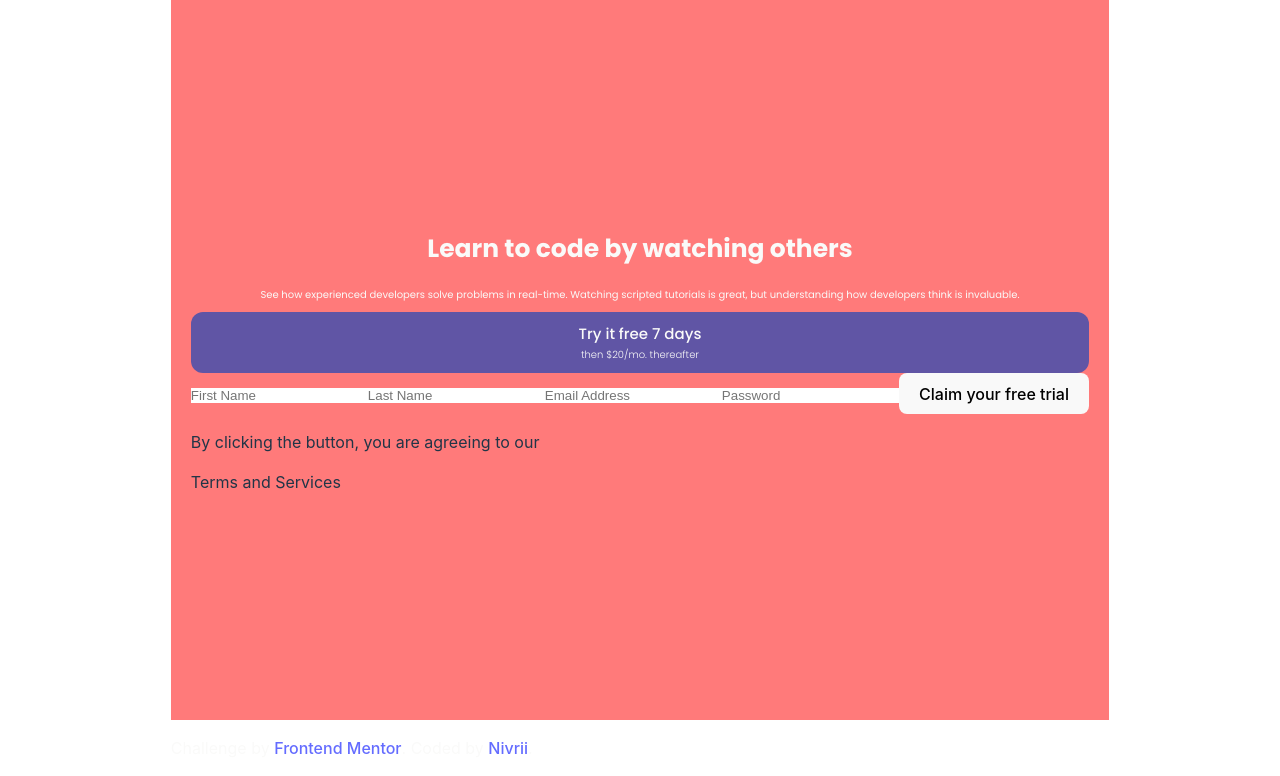
Repository: nivrii/intro-component-with-signup
Page: /
The author's editor kept a copy of each file at every save. The page is drawn from the files as they stood at one save, then again after the next save.
The browser window is 1280 px wide. The pictures show the whole page.
The project was rebuilt for these pictures with package versions that can differ from the ones it lists, and the page was loaded fresh each time. Also part of the build but not shown: vite.config.js.

Above is the page before, as saved 2023-10-11 17:55:02.

### src/App.jsx
import { Footer } from './Footer/Footer';
import { Form } from './Form/Form';
import { Card } from './Card/Card';
import { Content } from './Content/Content';
import "./App.css";

function App() {

  return (
    <>
      <div className="container">
        <Content     />
        <Card     />
        <Form     />
      </div>
      <Footer    />
    </>
  );
}

export default App;

### src/Footer/Footer.jsx
import "./Footer.css";
export function Footer() {
  const coder = "Nivrii";
  return (
    <footer>
      <p className="attribution">
        Challenge by{" "}
        <a
          href="https://www.frontendmentor.io?ref=challenge"
          target="_blank"
          rel="noreferrer"
        >
          Frontend Mentor
        </a>
        . Coded by{" "}
        <a href="https://github.com/Nivrii/intro-component-with-signup">
          {coder}
        </a>
        .
      </p>
    </footer>
  );
}

### src/Form/Form.jsx
export function Form() {
  return <form action="submit">
          <input type="text" placeholder="First Name" />
          <input type="text" placeholder="Last Name" />
          <input type="email" placeholder="Email Address" />
          <input type="password" placeholder="Password" />
          <button type="submit">Claim your free trial</button>
          <p>By clicking the button, you are agreeing to our</p>
          <p>Terms and Services</p>
        </form>;
}

### src/Card/Card.jsx
import "./Card.css";
export function Card() {
  return (
      <div className="card__content">
        <h4>Try it free 7 days</h4>
        <p>then $20/mo. thereafter</p>
      </div>
  );
}

### src/Content/Content.jsx
import "./Content.css";
export function Content() {
  return (
    <div className="content">
      <h4>Learn to code by watching others</h4>
      <p>
        See how experienced developers solve problems in real-time. Watching
        scripted tutorials is great, but understanding how developers think is
        invaluable.
      </p>
    </div>
  );
}

### src/App.css
*{
  box-sizing: border-box;
  border: 0;
  padding: 0;
}
:root{
  /*Primary colors*/
  --red:hsl(0, 100%, 74%);
  --green: hsl(154, 59%, 51%);
  /*Accent colors*/
  --blue: hsl(248, 32%, 49%);
  --white:#FAFAF9;
  /*Neutral colors*/
  --dark-blue: hsl(249, 10%, 26%);
  --grayish-blue: hsl(246, 25%, 77%);
  /*typography*/
  --fSize: 10px;
  --w4: 400;
  --w5: 500;
  --w6: 600;
  --w7: 700;
}
@font-face {
  font-family: "Poppins-bold";
  src: url(./assets/Fonts/poppins/Poppins-Bold.otf) format("opentype");
}
@font-face {
  font-family: "Poppins-regular";
  src: url(./assets/Fonts/poppins/Poppins-Regular.otf) format("opentype");
}
@font-face {
  font-family: "Poppins-medium";
  src: url(./assets/Fonts/poppins/Poppins-Medium.otf) format("opentype");
}
@font-face {
  font-family: "Poppins-light";
  src: url(./assets/Fonts/poppins/Poppins-Light.otf) format("opentype");
}
body{
  display: flex;
  flex-direction: column;
}
.container{
  display: flex;
  flex-direction: column;
  align-items: center;
  justify-content: center;
  height: 100vh;
  width: 100%;
  background-color: var(--red);
  padding: 20px;
}

### src/Footer/Footer.css
@import url(../App.css);

.attribution{
    color: var(--white);
}

### src/Card/Card.css
@import url(../App.css);

.card__content{
    width: 100%;
    background-color: var(--blue);
    border-radius: 12px;
    padding: 10px;
    & *{
        color: var(--white);
        text-align: center;
        margin: 1px;
    }& h4{
        font-size: 15px;
        font-family: 'Poppins-medium', sans-serif;
    }
    & p{
        font-family: 'Poppins-light', sans-serif;
        font-size: var(--fSize);
    }
}

### src/Content/Content.css
@import url(../App.css);

.content {
  & * {
    color: var(--white);
    text-align: center;
  }
  & h4 {
    font-size: 25px;
    margin: 20px;
    font-family: 'Poppins-bold', sans-serif;
  }
  & p {
    font-size: var(--fSize);
    font-family: 'Poppins-regular', sans-serif;
  }
}

Loaded but not shown: index.html (common file); src/main.jsx (common file); src/index.css (common file)

After the next save:
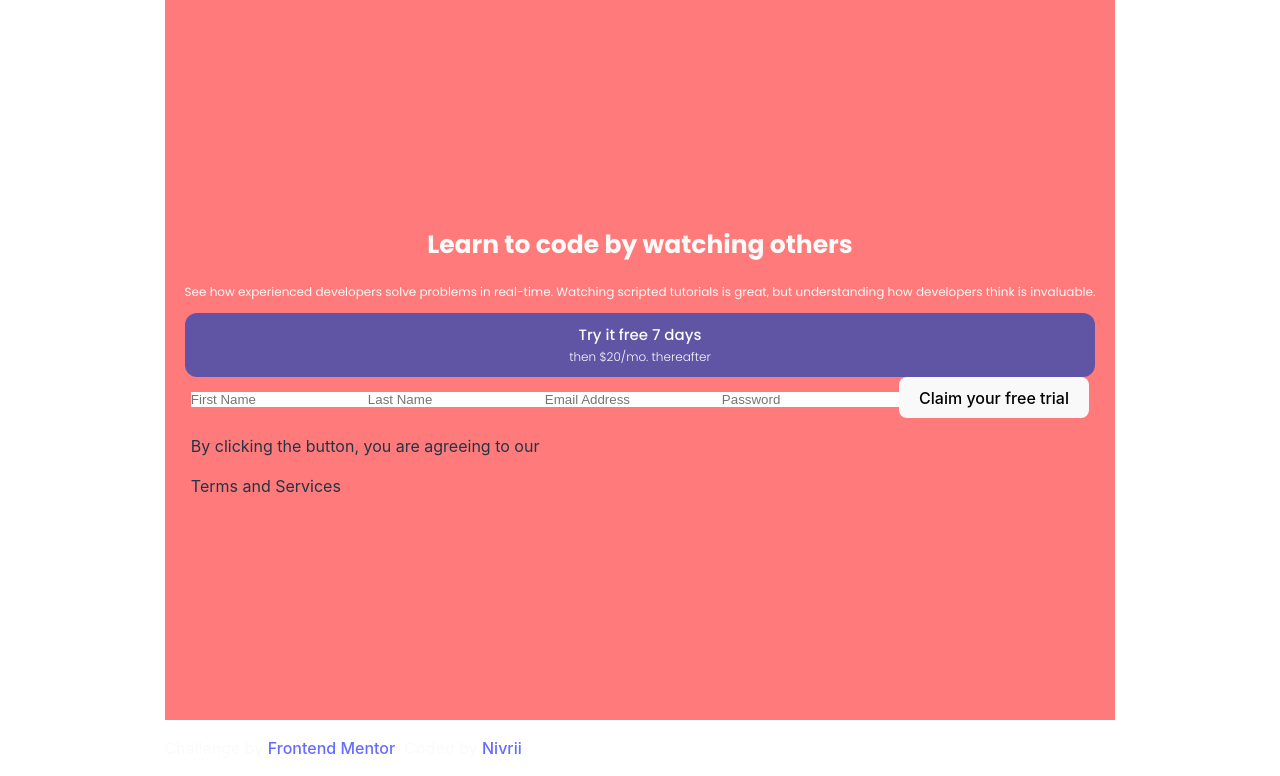
Saved 10 s later.
--- a/src/App.css
+++ b/src/App.css
@@ -14,7 +14,7 @@
   --dark-blue: hsl(249, 10%, 26%);
   --grayish-blue: hsl(246, 25%, 77%);
   /*typography*/
-  --fSize: 10px;
+  --fSize: 12px;
   --w4: 400;
   --w5: 500;
   --w6: 600;
